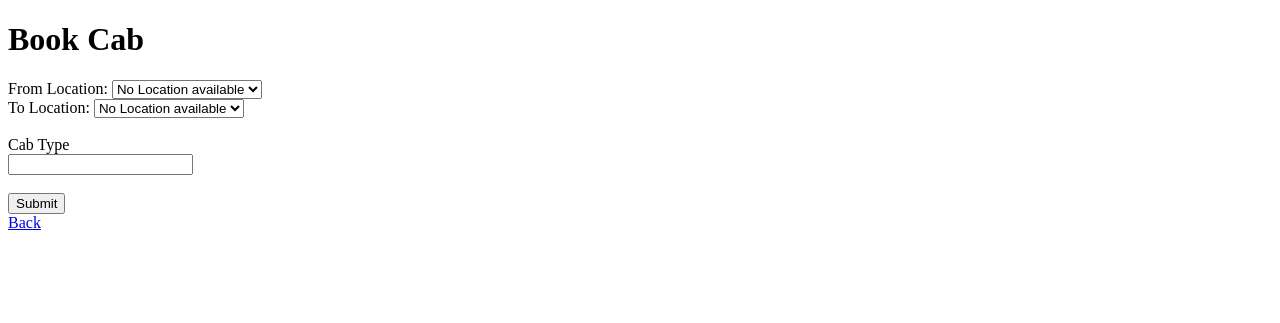
Repository: SumanaDasFullStack/CourseEndProject
Page: http://localhost/book
An editor plug-in stored every save of this project. The page is shown before and after the next save, followed by the edit.
The browser window is 1280 px wide. The pictures show the whole page.
The page is this project's Thymeleaf template; nobody is signed in. The template is opened directly, without the code that normally fills it, so the values that code supplies are empty.

Above is the page before, as saved 2024-10-26 21:05:17.

### cab-booking-microservice/src/main/resources/templates/book.html
<!DOCTYPE html>
<html xmlns:th="http://www.thymeleaf.org">
<head>
<meta charset="UTF-8">
<title>Insert title here</title>
</head>
<body>
<span style="color:red" th:text="${result}"></span>
<h1>Book Cab</h1>
<form th:action="@{booking}" method="post" th:object="${bookcab}">

<label for="fromSelect">From Location:  </label>
        <select id="fromSelect" name="fromId">
            <option value="" th:unless="${categories}">No Location available</option>
            <option th:each="location : ${categories}"
                    th:value="${location.id}"
                    th:text="${location.name}"></option>
        </select>
<!-- <input type="text" th:field="*{source}"/><br/> -->
<br/>
<label for="toSelect">To Location:  </label>
        <select id="toSelect" name="toId">
            <option value="" th:unless="${categories}">No Location available</option>
            <option th:each="location : ${categories}"
                    th:value="${location.id}"
                    th:text="${location.name}"></option>
        </select><br/>

<br/><label>Cab Type</label><br/>
<input type="text" th:field="*{cabtype}" /><br/><br/>
<input type="submit" th:value="Submit" name="b1"/><br/>
</form>
<a href="/">Back</a>
</body>
</html>

After the next save:
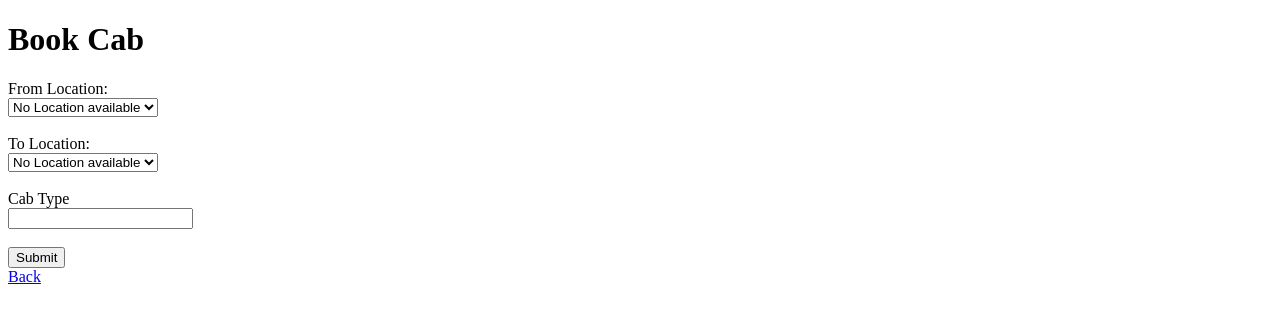
Saved 100 s later.
--- a/cab-booking-microservice/src/main/resources/templates/book.html
+++ b/cab-booking-microservice/src/main/resources/templates/book.html
@@ -9,7 +9,7 @@
 <h1>Book Cab</h1>
 <form th:action="@{booking}" method="post" th:object="${bookcab}">
 
-<label for="fromSelect">From Location:  </label>
+<label for="fromSelect">From Location:  </label><br/>
         <select id="fromSelect" name="fromId">
             <option value="" th:unless="${categories}">No Location available</option>
             <option th:each="location : ${categories}"
@@ -17,8 +17,8 @@
                     th:text="${location.name}"></option>
         </select>
 <!-- <input type="text" th:field="*{source}"/><br/> -->
-<br/>
-<label for="toSelect">To Location:  </label>
+<br/><br/>
+<label for="toSelect">To Location:  </label><br/>
         <select id="toSelect" name="toId">
             <option value="" th:unless="${categories}">No Location available</option>
             <option th:each="location : ${categories}"
